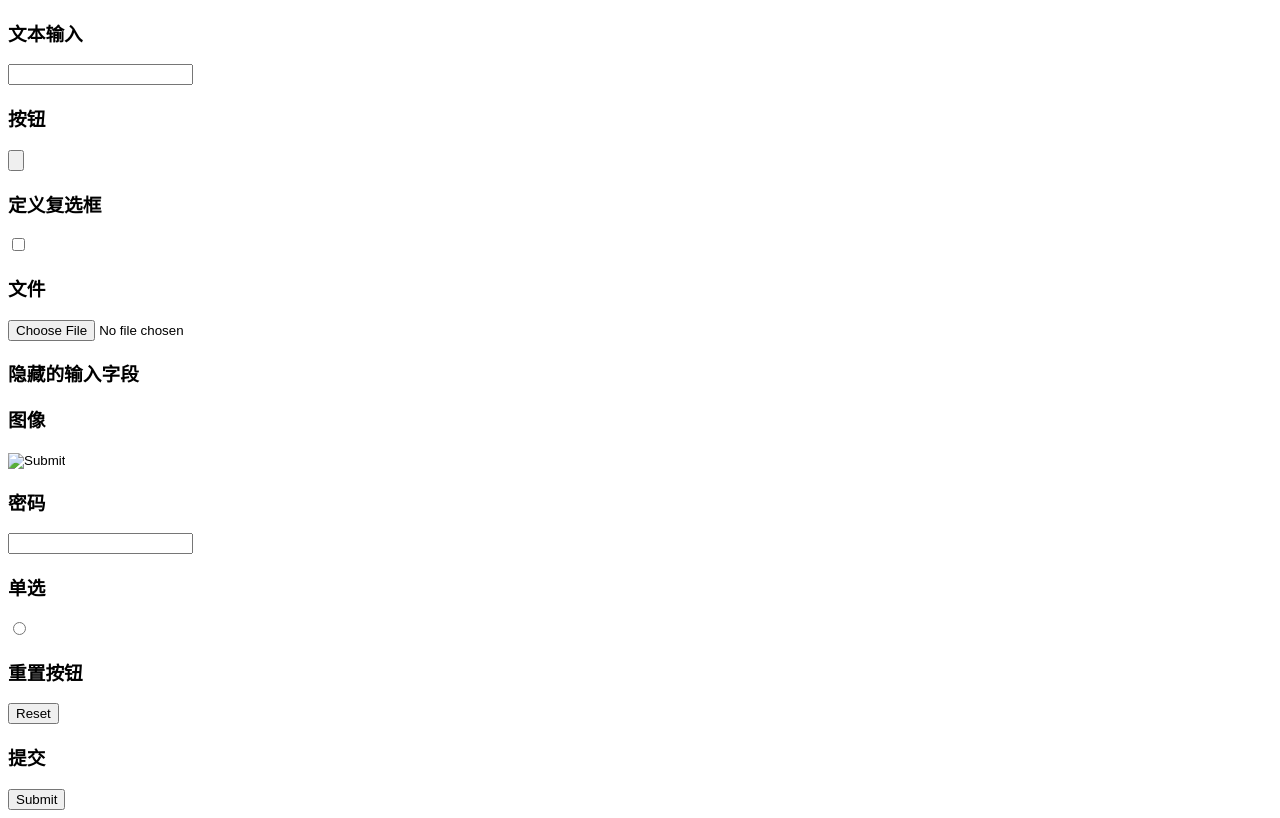
Repository: TheBestBadGuy0228/code
Page: day2_表单.html
These files come from the project's save history. The page is drawn as it stood at one moment and after the next save; the edit follows.
The browser window is 1280 px wide. The pictures show the whole page.

Above is the page before, as saved 2021-06-23 16:37:29.

### day2_表单.html
<!-- /*
 * @Author: 风车车的表哥
 * @Date: 2021-06-23 16:22:45
 * @Last Modified by:   风车车的表哥
 * @Last Modified time: 2021-06-23 16:22:45
 */ -->
<!DOCTYPE html>
<html lang="zh-CN">

<head>
    <meta charset="UTF-8">
    <meta http-equiv="X-UA-Compatible" content="IE=edge">
    <meta name="viewport" content="width=device-width, initial-scale=1.0">
    <title>表单</title>
</head>

<body>
    <form action="#" method="POST" name="test">
        <h3>文本输入</h3>
        <input type="text" />
        <h3>按钮</h3>
        <input type="button" />
        <h3>定义复选框</h3>
        <input type="checkbox" />
        <h3>文件</h3>
        <input type="file" />
        <h3>隐藏的输入字段</h3>
        <input type="hidden" />
        <h3>图像</h3>
        <input type="image" />
        <h3>密码</h3>
        <input type="password" />
        <h3>单选</h3>
        <input type="radio" />
        <h3>重置按钮</h3>
        <input type="reset" />
        <h3>提交</h3>
        <input type="submit" />


    </form>
</body>

</html>

After the next save:
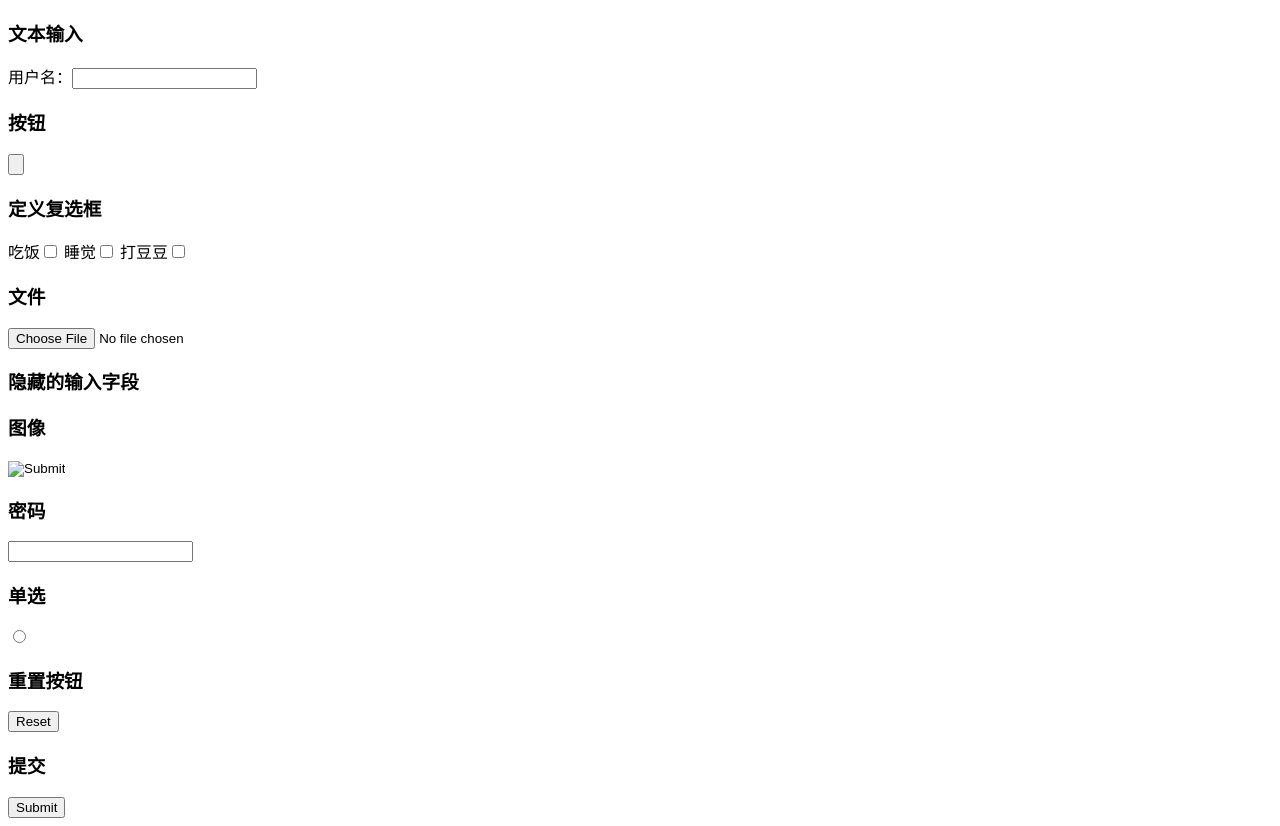
Saved 7 min 41 s later.
--- a/day2_表单.html
+++ b/day2_表单.html
@@ -17,11 +17,13 @@
 <body>
     <form action="#" method="POST" name="test">
         <h3>文本输入</h3>
-        <input type="text" />
+        用户名：<input type="text" />
         <h3>按钮</h3>
         <input type="button" />
         <h3>定义复选框</h3>
-        <input type="checkbox" />
+        吃饭<input type="checkbox" />
+        睡觉<input type="checkbox" />
+        打豆豆<input type="checkbox" />
         <h3>文件</h3>
         <input type="file" />
         <h3>隐藏的输入字段</h3>
